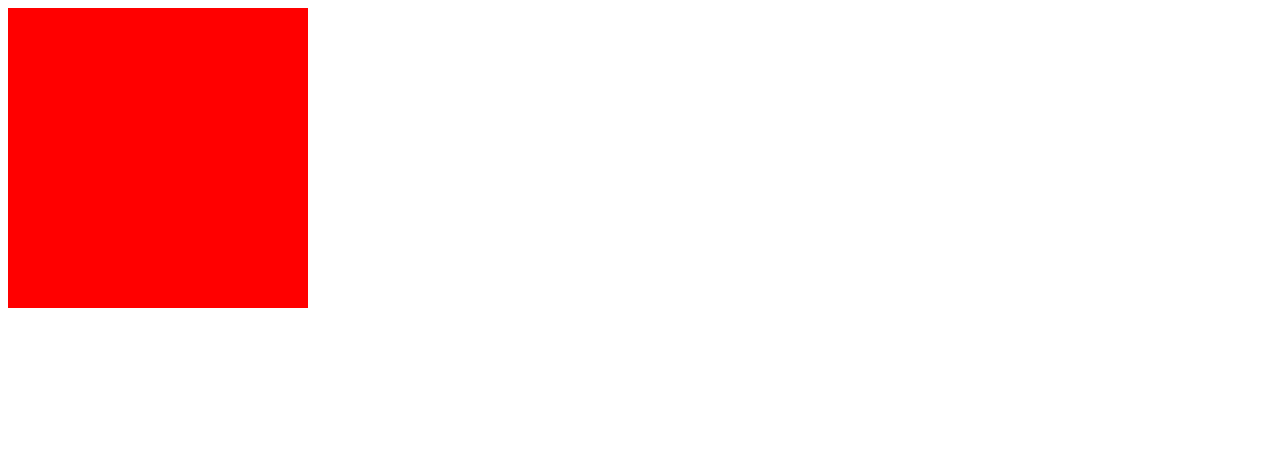
Repository: ebiten1205/kadai.html
Page: box/box.html
The author's editor kept a record of every edit. The page is drawn from the files as they stood at one moment, then again after the next edit.
The browser window is 1280 px wide. The pictures show the whole page.

Above is the page before.

After the next edit:
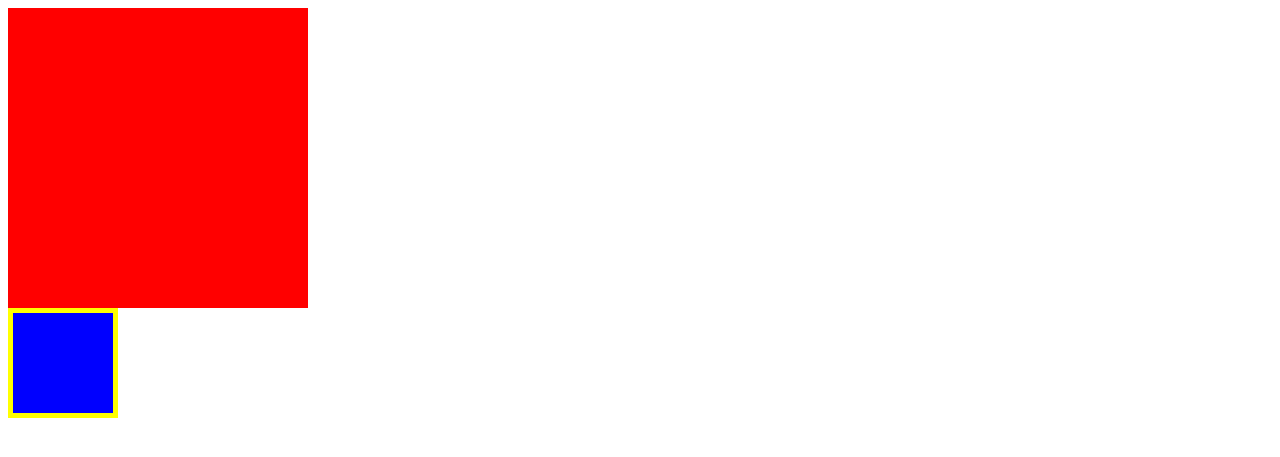
The edit:
--- a/box/box.html
+++ b/box/box.html
@@ -10,5 +10,7 @@
   <body>
     <!-- box1用のdiv -->
     <div class="box1"></div>
+     <div class="box2"></div>
+     </div>
   </body>
 </html>
